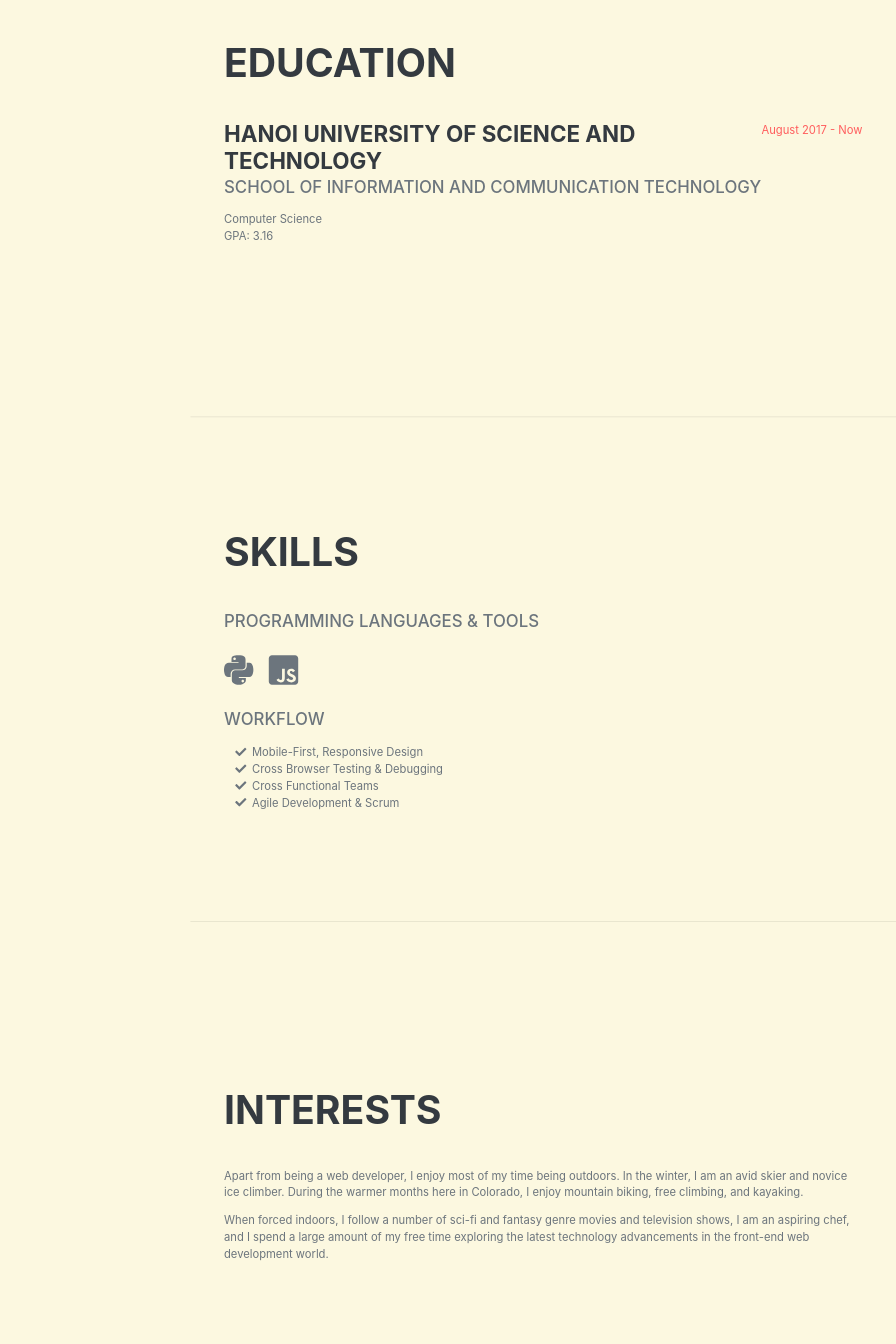
Repository: nguyenlcc/Online-CV
Page: index.html
These files come from the project's save history. The page is drawn as it stood at one moment and after the next save; the edit follows.
The browser window is 1280 px wide. The pictures show the part of the page from y = 1873 to 3793 px (the page is 4631 px tall), at 70% of full size.
Some web fonts or font styles are not loaded; a fallback is used. Some web libraries are served in a nearby version.

Above is the page before, as saved 2022-05-23 01:20:18.

After the next save:
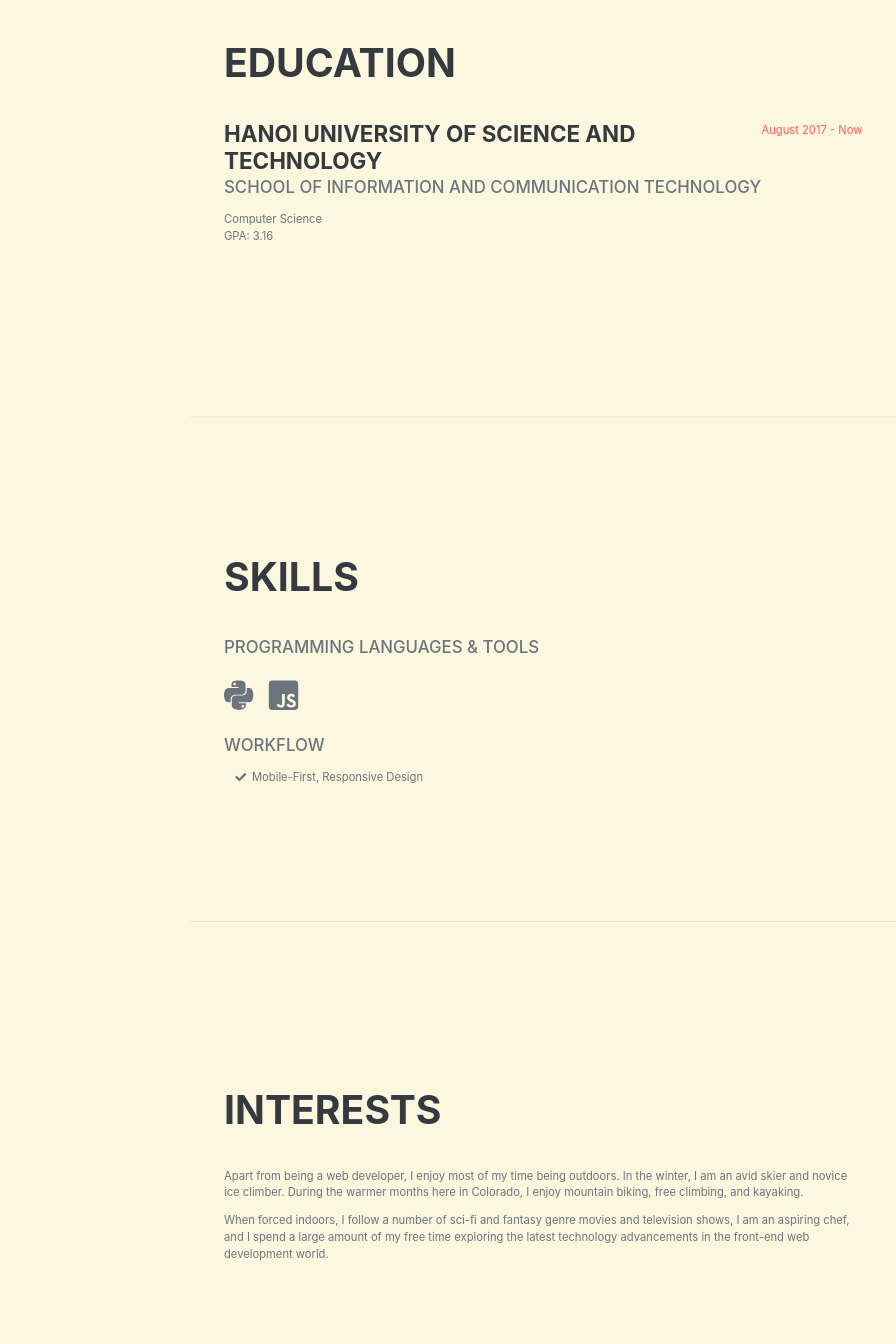
Saved 19 s later.
--- a/index.html
+++ b/index.html
@@ -226,18 +226,6 @@
               <span class="fa-li"><i class="fas fa-check"></i></span>
               Mobile-First, Responsive Design
             </li>
-            <li>
-              <span class="fa-li"><i class="fas fa-check"></i></span>
-              Cross Browser Testing & Debugging
-            </li>
-            <li>
-              <span class="fa-li"><i class="fas fa-check"></i></span>
-              Cross Functional Teams
-            </li>
-            <li>
-              <span class="fa-li"><i class="fas fa-check"></i></span>
-              Agile Development & Scrum
-            </li>
           </ul>
         </div>
       </section>
